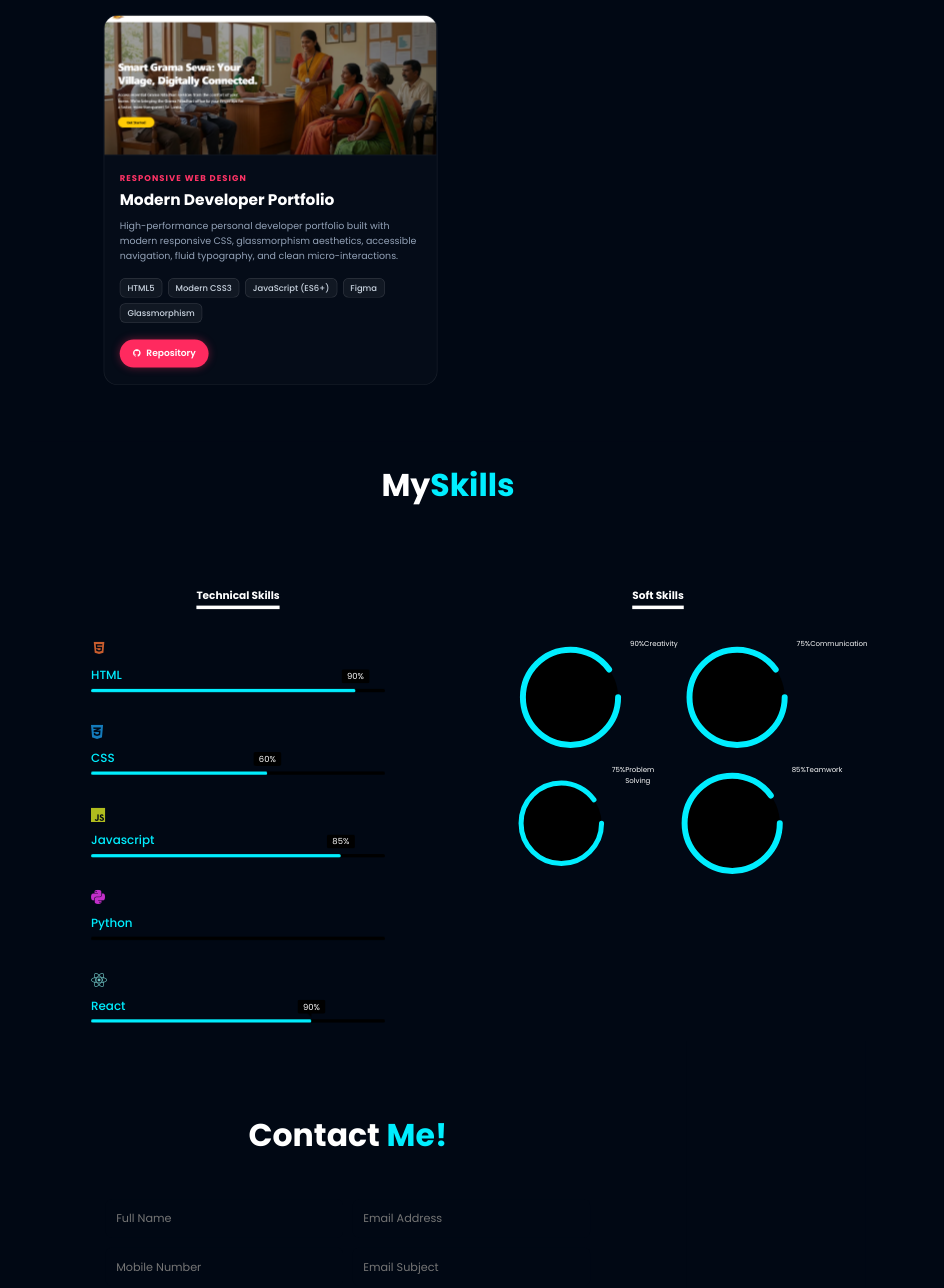
Repository: WathsalaHW/WathsalaHW_Portfolio
Page: index.html
The author's editor kept a copy of each file at every save. The page is drawn from the files as they stood at one save, then again after the next save.
The browser window is 1280 px wide. The page is 1348 px wide, so the pictures cover 1348 px, including what lies to the right of the window. The pictures show the part of the page from y = 3003 to 4843 px (the page is 5311 px tall before and 5383 px after), at 70% of full size.

Above is the page before, as saved 2026-09-30 18:10:32.
Console error: TypeError: Cannot read properties of null (reading 'classList')

After the next save:
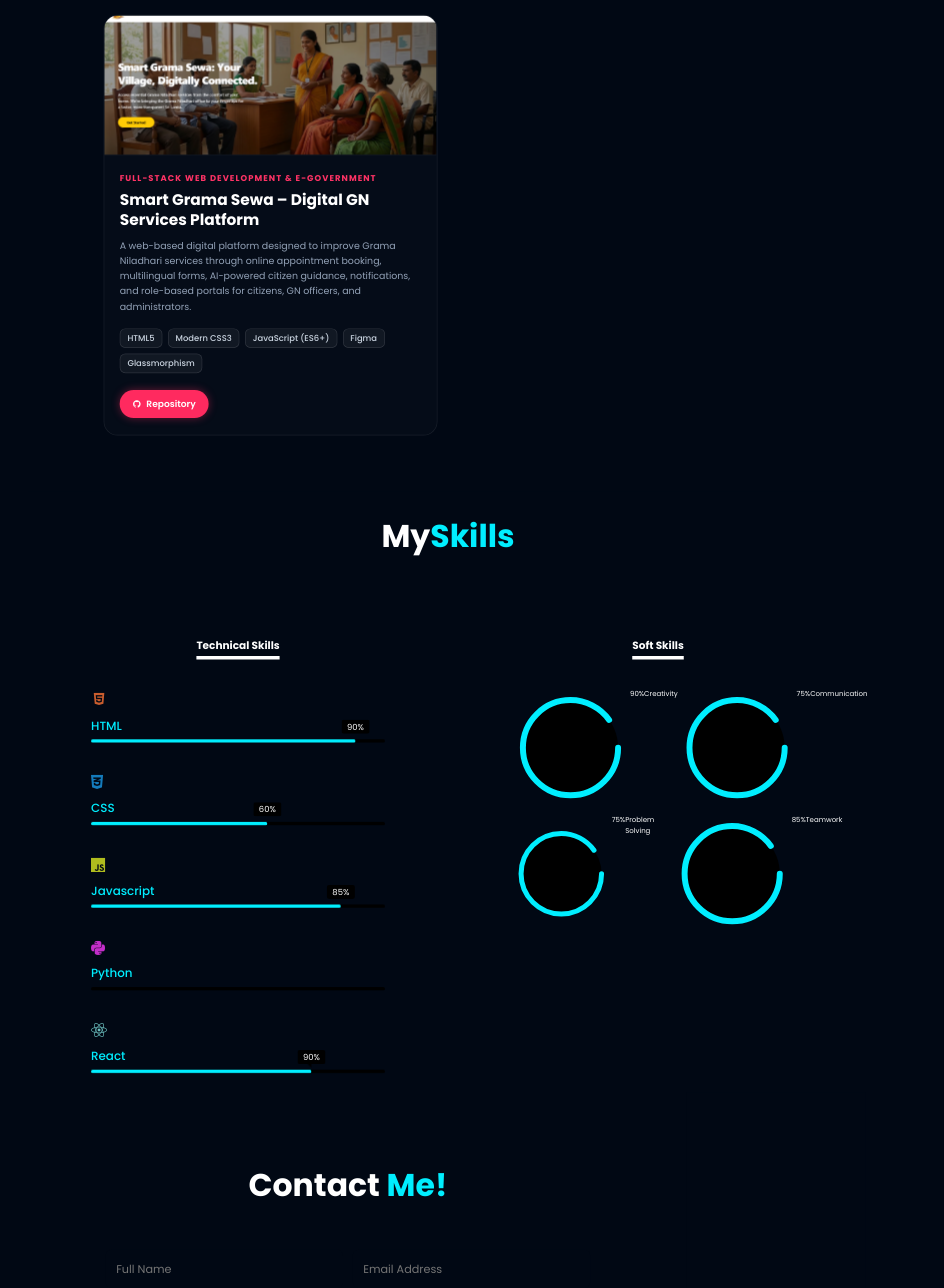
Saved 34 min 1 s later.
--- a/index.html
+++ b/index.html
@@ -374,10 +374,10 @@
           <img src="images/portfolio.png" alt="Developer Portfolio Preview">
         </div>
         <div class="project-info">
-          <span class="project-category">Responsive Web Design</span>
-          <h3 class="project-title">Modern Developer Portfolio</h3>
+          <span class="project-category">Full-Stack Web Development &amp; E-Government</span>
+          <h3 class="project-title">Smart Grama Sewa – Digital GN Services Platform</h3>
           <p class="project-desc">
-            High-performance personal developer portfolio built with modern responsive CSS, glassmorphism aesthetics, accessible navigation, fluid typography, and clean micro-interactions.
+            A web-based digital platform designed to improve Grama Niladhari services through online appointment booking, multilingual forms, AI-powered citizen guidance, notifications, and role-based portals for citizens, GN officers, and administrators.
           </p>
 
           <div class="project-tags">
